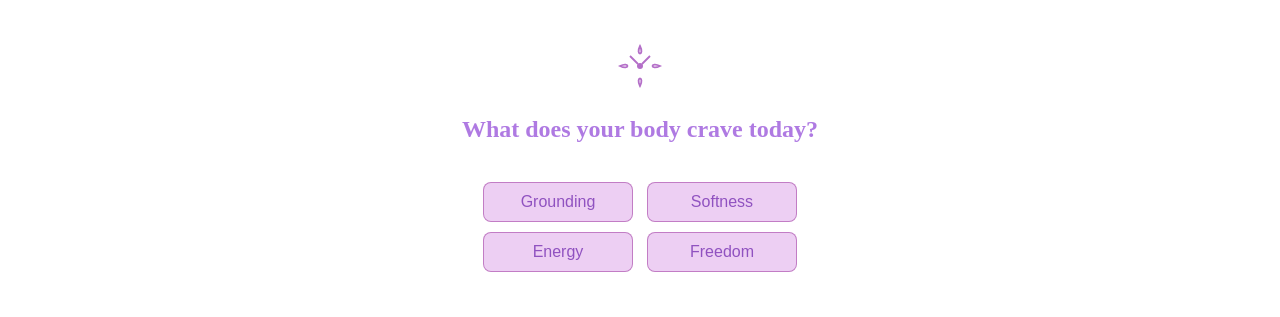
Repository: karim0829/Bella-Oter-Project
Page: index.html
These files come from the project's save history. The page is drawn as it stood at one moment and after the next save; the edit follows.
The browser window is 1280 px wide. The pictures show the whole page.
Some web fonts or font styles are not loaded; a fallback is used.

Above is the page before, as saved 2025-06-30 21:53:13.

After the next save:
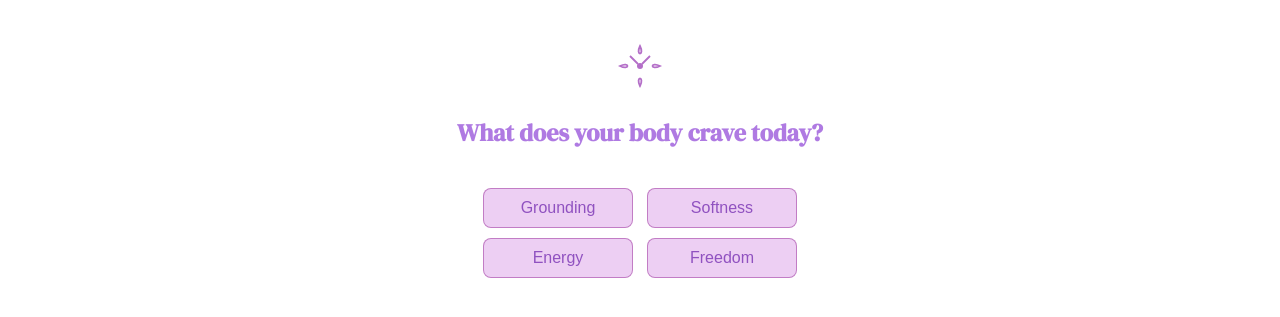
Saved 21 s later.
--- a/style.css
+++ b/style.css
@@ -9,6 +9,7 @@
     font-size:24px;
     text-align: center;
     color:rgba(125, 37, 207, 0.613);
+    font-family: "DM Serif Display", serif;
 
 }
 

After the 2 saves that followed:
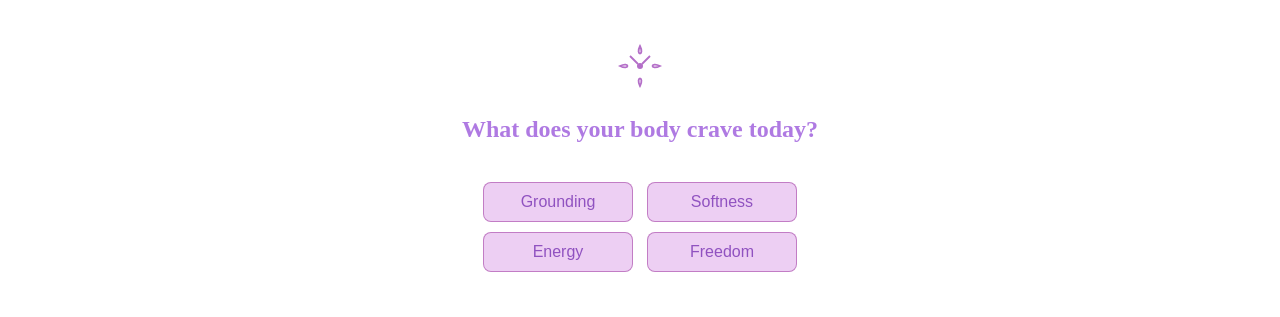
The 2 saves are shown as one change because 1 left the picture as it was.
The last was saved 68 s later.
--- a/index.html
+++ b/index.html
@@ -12,10 +12,10 @@
     <meta charset="UTF-8">
     <meta name="viewport" content="width=device-width, initial-scale=1.0">
     <title>Bella Otér </title>
-    <!--Google font-->
-    <link rel="preconnect" href="https://fonts.googleapis.com">
+    <!--Google fonts-->
+   <link rel="preconnect" href="https://fonts.googleapis.com">
 <link rel="preconnect" href="https://fonts.gstatic.com" crossorigin>
-<link href="https://fonts.googleapis.com/css2?family=DM+Serif+Display:ital@0;1&family=Leckerli+One&family=Playfair+Display:ital,wght@0,400..900;1,400..900&display=swap" rel="stylesheet">
+<link href="https://fonts.googleapis.com/css2?family=Antic+Didone&family=DM+Serif+Display:ital@0;1&family=Leckerli+One&family=Playfair+Display:ital,wght@0,400..900;1,400..900&display=swap" rel="stylesheet">
     <link rel="stylesheet" href = "style.css">
     <script src = 'script.js'></script>
 </head>
--- a/style.css
+++ b/style.css
@@ -1,6 +1,6 @@
 body {
     text-align: center;
-    font-family:"raleway";
+    font-family:"Antic Didone";
     padding:0;
     margin:0;
 }
@@ -9,7 +9,6 @@
     font-size:24px;
     text-align: center;
     color:rgba(125, 37, 207, 0.613);
-    font-family: "DM Serif Display", serif;
 
 }
 
